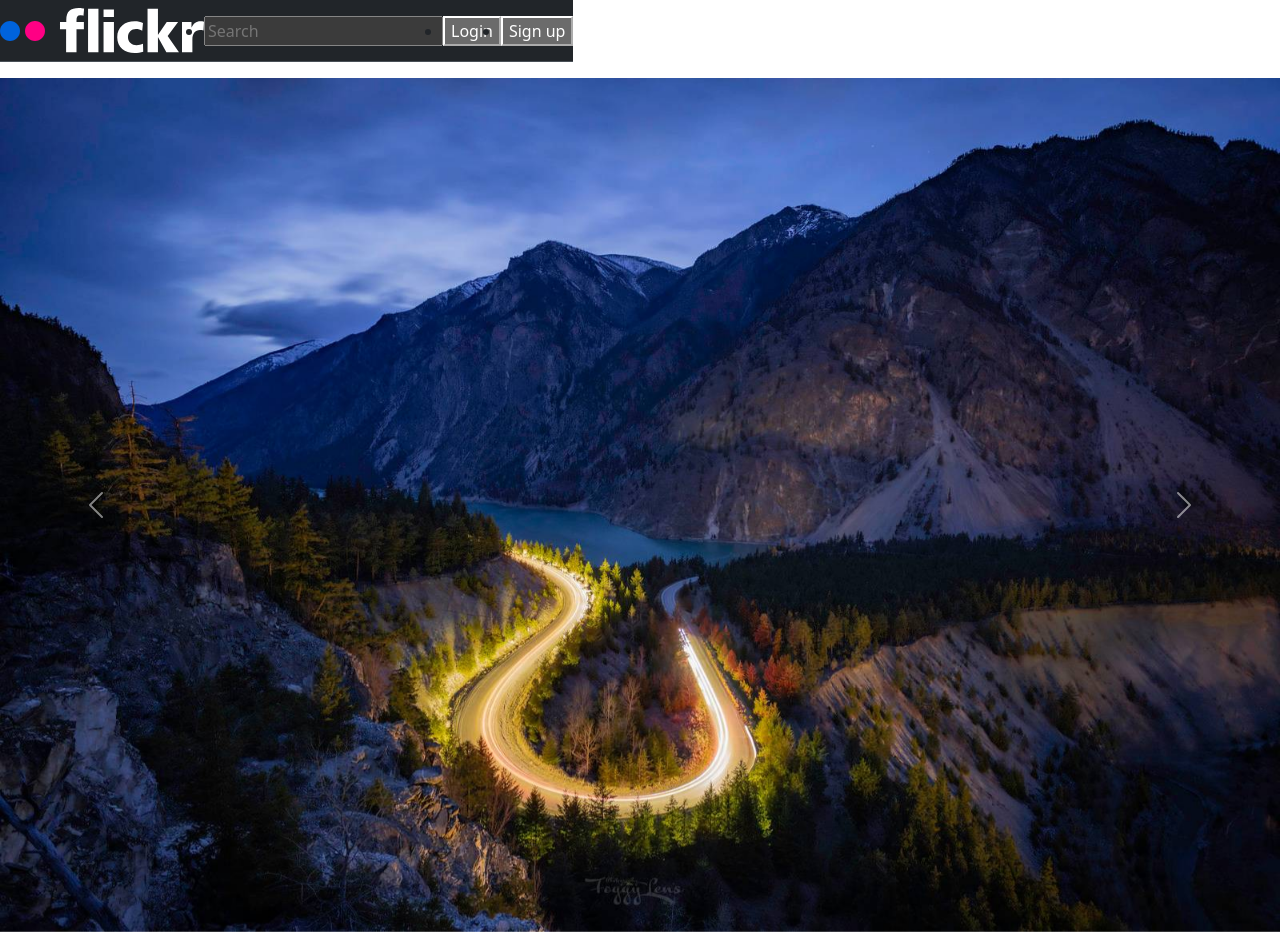
Repository: Alphosmart/LEVEL_1
Page: index.html
An editor plug-in stored every save of this project. The page is shown before and after the next save, followed by the edit.
The browser window is 1280 px wide. The pictures show the whole page.

Above is the page before, as saved 2024-06-03 09:03:46.

### index.html
<!DOCTYPE html>
<html lang="en">
  <head>
    <meta charset="UTF-8" />
    <meta name="viewport" content="width=device-width, initial-scale=1.0" />
    <title>Flickr</title>
    <link rel="stylesheet" href="style.css" />
    <link rel="stylesheet" href="/bootstrap-5.3.3-dist/css/bootstrap.css" />
  </head>
  <body>
    <nav>
      <ul class="navbar bg-dark border-bottom border-body" data-bs-theme="dark">
        <li><img src="/svg-export/svgexport-2.svg" alt="" /></li>
        <li><input type="text" placeholder="Search" /></li>
        <!-- <li><img src="/svg-export/svgexport-3.svg" alt="" /></li>
        <li><img src="/svg-export/svgexport-4.svg" alt="" /></li> -->
        <li><button>Login</button></li>
        <li><button>Sign up</button></li>
      </ul>
    </nav>

    <section
      id="carouselExampleAutoplaying"
      class="carousel slide"
      data-bs-ride="carousel"
    >
      <div
        id="carouselExampleFade"
        class="carousel slide carousel-fade carousel slide"
      >
        <div class="carousel-inner">
          <div class="carousel-item active">
            <img
              src="/images/Kris_Peterson_Back_to_The_Future.jpg"
              class="d-block w-100"
              alt="..."
            />
          </div>
          <div class="carousel-item">
            <img
              src="/images/ines_maria_wingsofvienna.jpg"
              class="d-block w-100"
              alt="..."
            />
          </div>
          <div class="carousel-item">
            <img
              src="/images/Barbara_van_der_Linde_Boet_and_Harvey.jpg"
              class="d-block w-100"
              alt="..."
            />
          </div>
        </div>
        <button
          class="carousel-control-prev"
          type="button"
          data-bs-target="#carouselExampleFade"
          data-bs-slide="prev"
        >
          <span class="carousel-control-prev-icon" aria-hidden="true"></span>
          <span class="visually-hidden">Previous</span>
        </button>
        <button
          class="carousel-control-next"
          type="button"
          data-bs-target="#carouselExampleFade"
          data-bs-slide="next"
        >
          <span class="carousel-control-next-icon" aria-hidden="true"></span>
          <span class="visually-hidden">Next</span>
        </button>
      </div>
    </section>
  </body>
</html>

### style.css
nav {
  width: fit-content;
  display: flex;
  justify-content: space-between;
}

Loaded but not shown: bootstrap-5.3.3-dist/css/bootstrap.css (library)

After the next save:
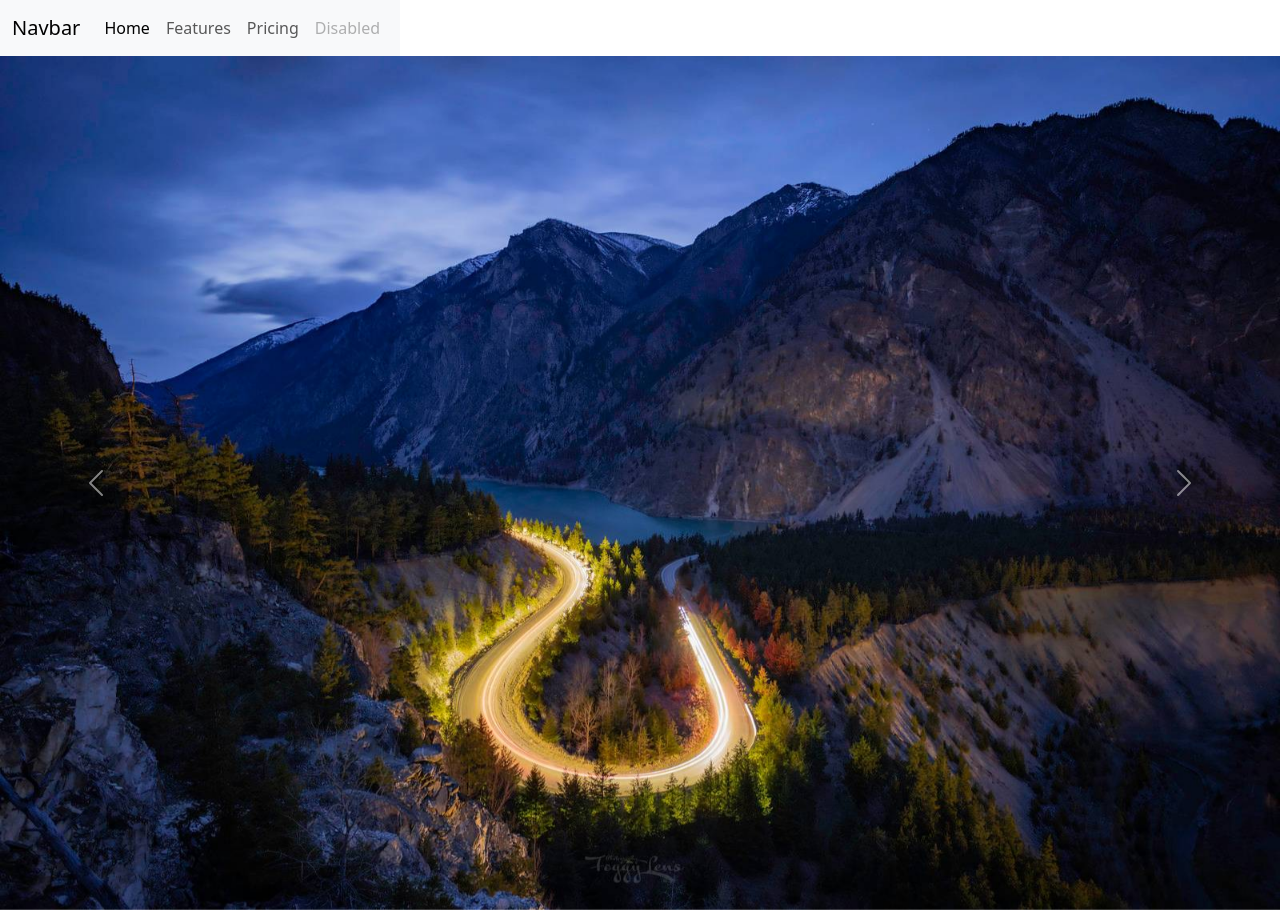
Saved 3 min 17 s later.
--- a/index.html
+++ b/index.html
@@ -8,15 +8,29 @@
     <link rel="stylesheet" href="/bootstrap-5.3.3-dist/css/bootstrap.css" />
   </head>
   <body>
-    <nav>
-      <ul class="navbar bg-dark border-bottom border-body" data-bs-theme="dark">
-        <li><img src="/svg-export/svgexport-2.svg" alt="" /></li>
-        <li><input type="text" placeholder="Search" /></li>
-        <!-- <li><img src="/svg-export/svgexport-3.svg" alt="" /></li>
-        <li><img src="/svg-export/svgexport-4.svg" alt="" /></li> -->
-        <li><button>Login</button></li>
-        <li><button>Sign up</button></li>
-      </ul>
+    <nav class="navbar navbar-expand-lg bg-body-tertiary">
+      <div class="container-fluid">
+        <a class="navbar-brand" href="#">Navbar</a>
+        <button
+          class="navbar-toggler"
+          type="button"
+          data-bs-toggle="collapse"
+          data-bs-target="#navbarNavAltMarkup"
+          aria-controls="navbarNavAltMarkup"
+          aria-expanded="false"
+          aria-label="Toggle navigation"
+        >
+          <span class="navbar-toggler-icon"></span>
+        </button>
+        <div class="collapse navbar-collapse" id="navbarNavAltMarkup">
+          <div class="navbar-nav">
+            <a class="nav-link active" aria-current="page" href="#">Home</a>
+            <a class="nav-link" href="#">Features</a>
+            <a class="nav-link" href="#">Pricing</a>
+            <a class="nav-link disabled" aria-disabled="true">Disabled</a>
+          </div>
+        </div>
+      </div>
     </nav>
 
     <section

After the 2 saves that followed:
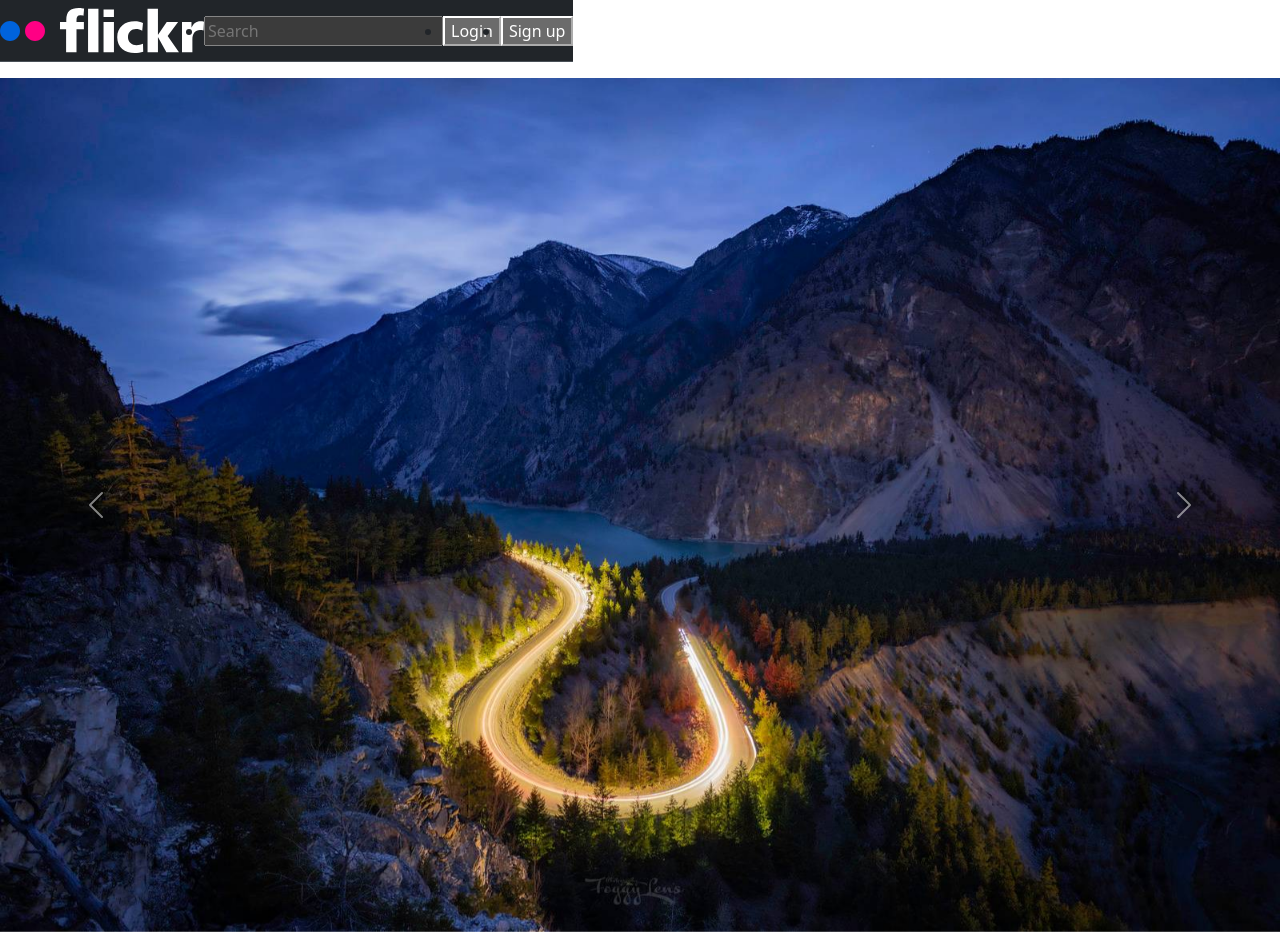
The 2 saves are shown as one change because 1 left the picture as it was.
The last was saved 66 s later.
--- a/index.html
+++ b/index.html
@@ -8,29 +8,13 @@
     <link rel="stylesheet" href="/bootstrap-5.3.3-dist/css/bootstrap.css" />
   </head>
   <body>
-    <nav class="navbar navbar-expand-lg bg-body-tertiary">
-      <div class="container-fluid">
-        <a class="navbar-brand" href="#">Navbar</a>
-        <button
-          class="navbar-toggler"
-          type="button"
-          data-bs-toggle="collapse"
-          data-bs-target="#navbarNavAltMarkup"
-          aria-controls="navbarNavAltMarkup"
-          aria-expanded="false"
-          aria-label="Toggle navigation"
-        >
-          <span class="navbar-toggler-icon"></span>
-        </button>
-        <div class="collapse navbar-collapse" id="navbarNavAltMarkup">
-          <div class="navbar-nav">
-            <a class="nav-link active" aria-current="page" href="#">Home</a>
-            <a class="nav-link" href="#">Features</a>
-            <a class="nav-link" href="#">Pricing</a>
-            <a class="nav-link disabled" aria-disabled="true">Disabled</a>
-          </div>
-        </div>
-      </div>
+    <nav>
+      <ul class="navbar bg-dark border-bottom border-body" data-bs-theme="dark">
+        <li><img src="/svg-export/svgexport-2.svg" alt="" /></li>
+        <li><input type="text" placeholder="Search" /></li>
+        <li><button>Login</button></li>
+        <li><button>Sign up</button></li>
+      </ul>
     </nav>
 
     <section
--- a/style.css
+++ b/style.css
@@ -1,5 +1,5 @@
 nav {
   width: fit-content;
   display: flex;
-  justify-content: space-between;
+  justify-content: right;
 }
